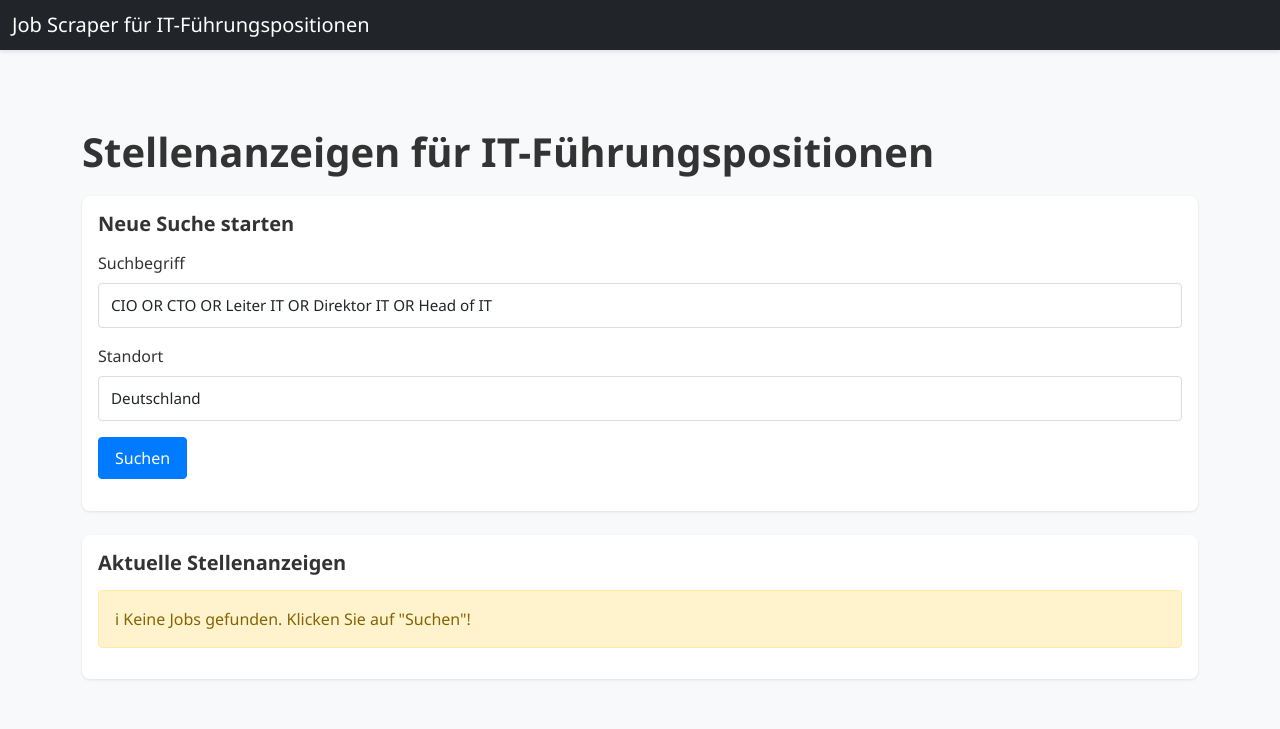
Repository: Nilshh/jobrouter
Page: http://localhost/
The author's editor kept a copy of each file at every save. The page is drawn from the files as they stood at one save, then again after the next save.
The browser window is 1280 px wide. The pictures show the whole page.
The page is served by the project's application, run on Flask 3 (app.py).

Above is the page before, as saved 2026-01-19 19:52:37.

After the next save:
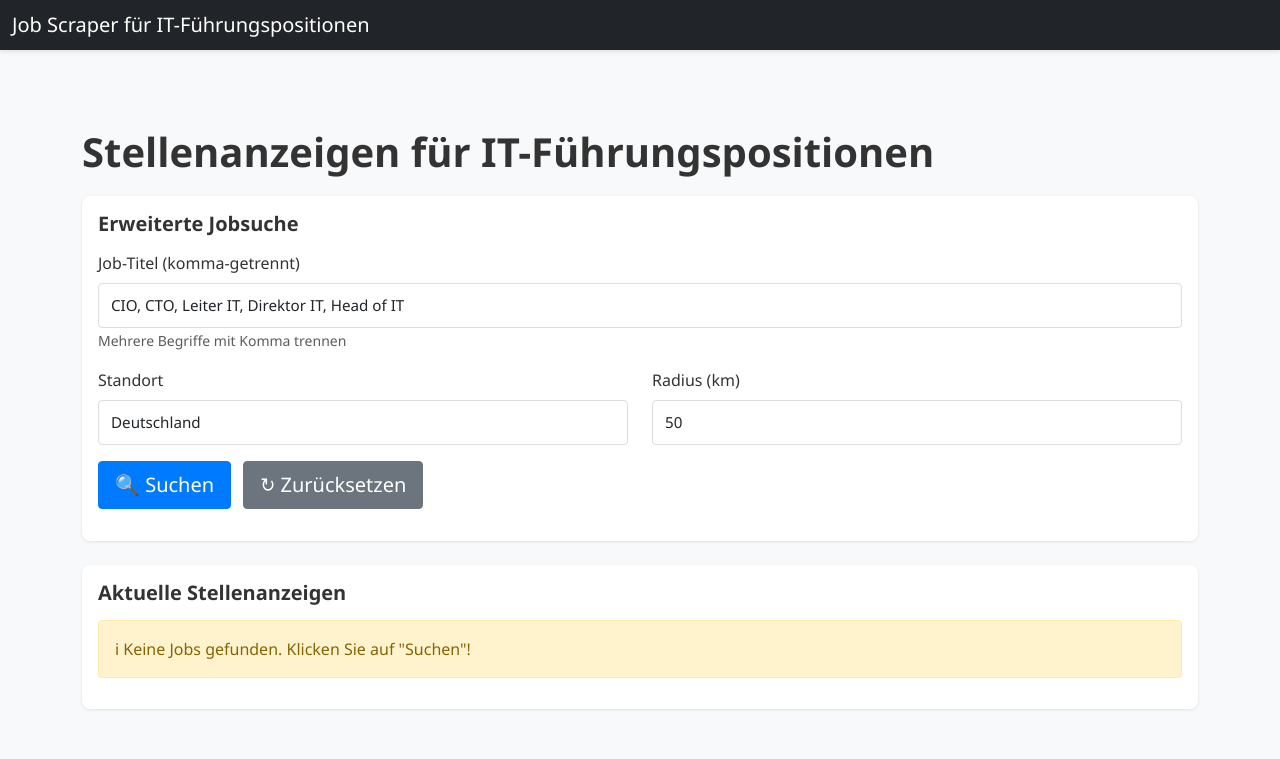
Saved 3 s later.
--- a/templates/index.html
+++ b/templates/index.html
@@ -7,18 +7,41 @@
 
         <div class="card mb-4">
             <div class="card-body">
-                <h5 class="card-title">Neue Suche starten</h5>
-                <form id="scrapeForm">
-                    <div class="mb-3">
-                        <label for="query" class="form-label">Suchbegriff</label>
-                        <input type="text" class="form-control" id="query" value="CIO OR CTO OR Leiter IT OR Direktor IT OR Head of IT">
+                <h5 class="card-title">Erweiterte Jobsuche</h5>
+
+                <div class="mb-3">
+                    <label for="query" class="form-label">Job-Titel (komma-getrennt)</label>
+                    <input type="text" class="form-control" id="query"
+                           value="CIO, CTO, Leiter IT, Direktor IT, Head of IT"
+                           placeholder="z.B. CIO, CTO, IT Director">
+                    <small class="form-text text-muted">Mehrere Begriffe mit Komma trennen</small>
+                </div>
+
+                <div class="row">
+                    <div class="col-md-6 mb-3">
+                        <label for="location" class="form-label">Standort</label>
+                        <select class="form-control" id="location">
+                            <option value="Deutschland">Deutschland</option>
+                            {% for city in cities %}
+                            <option value="{{ city }}">{{ city }}</option>
+                            {% endfor %}
+                        </select>
                     </div>
-                    <div class="mb-3">
-                        <label for="location" class="form-label">Standort</label>
-                        <input type="text" class="form-control" id="location" value="Deutschland">
+
+                    <div class="col-md-6 mb-3">
+                        <label for="radius" class="form-label">Radius (km)</label>
+                        <input type="number" class="form-control" id="radius"
+                               value="50" min="0" max="500" step="10">
                     </div>
-                    <button type="submit" class="btn btn-primary">Suchen</button>
-                </form>
+                </div>
+
+                <button type="button" id="searchBtn" class="btn btn-primary btn-lg">
+                    🔍 Suchen
+                </button>
+                <button type="button" id="resetBtn" class="btn btn-secondary btn-lg ms-2">
+                    ↻ Zurücksetzen
+                </button>
+
                 <div id="scrapeStatus" class="mt-3"></div>
             </div>
         </div>
@@ -27,7 +50,7 @@
             <div class="card-body">
                 <h5 class="card-title">Aktuelle Stellenanzeigen</h5>
                 <div id="jobsContainer" class="table-responsive">
-                    <p>Klicken Sie auf "Suchen" um Jobs zu laden...</p>
+                    <p class="alert alert-info">Klicken Sie auf "Suchen" um Jobs zu laden...</p>
                 </div>
             </div>
         </div>
